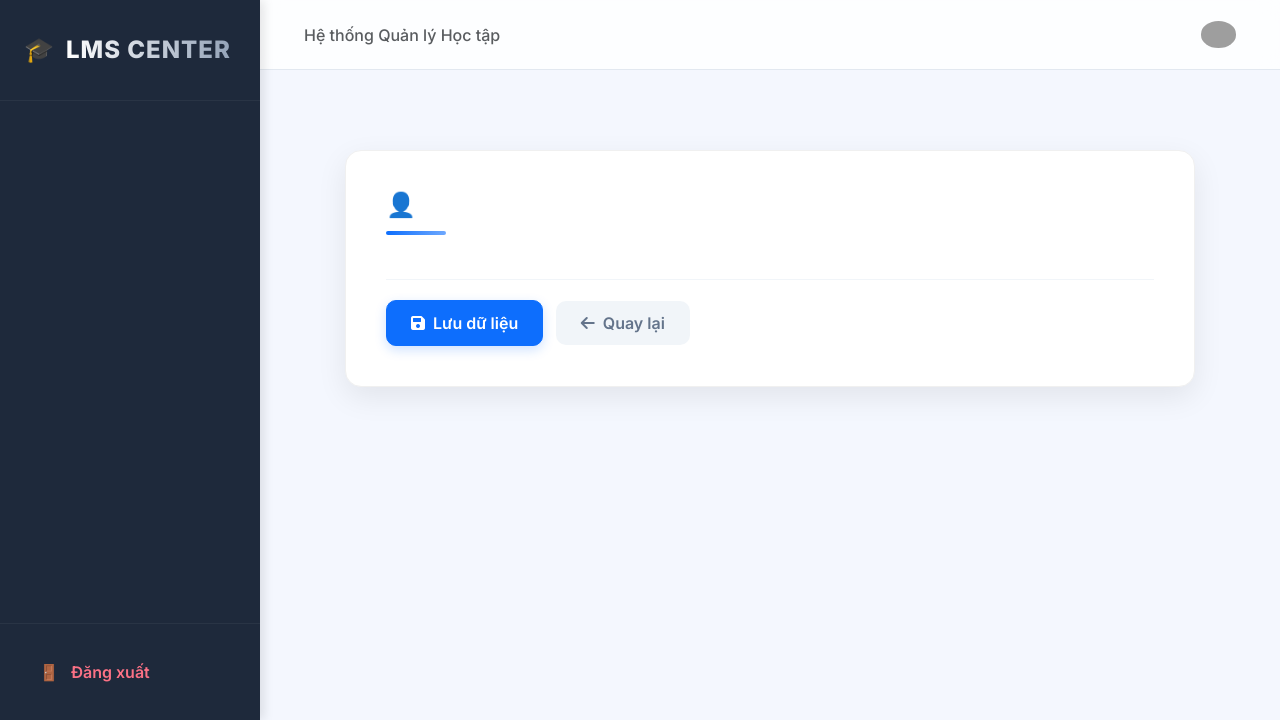
Repository: JiaHui2005/LMS_Django
Page: templates/manager/user_form.html
The author's editor kept a copy of each file at every save. The page is drawn from the files as they stood at one save, then again after the next save.
The browser window is 1280 px wide. The pictures show the whole page.
Pictures or frames that could not be fetched are drawn as grey boxes. The page is served by the project's application, run on Django 5.2 (manage.py). Other server files are loaded and not shown. The template is opened directly, without the code that normally fills it, so the values that code supplies are empty.

Above is the page before, as saved 2026-01-16 19:23:18.

### common/templatetags/dict_extras.py
from django import template

register = template.Library()

@register.filter
def get_item(dictionary, key):
    return dictionary.get(key, [])

### templates/manager/user_form.html
{% extends 'base.html' %}
{% block title %}Quản lý người dùng{% endblock %}

{% block content %}
<style>
    /* Tổng thể container */
    .form-card {
        background: #ffffff;
        padding: 2.5rem;
        border-radius: 16px;
        box-shadow: 0 10px 30px rgba(0, 0, 0, 0.08);
        max-width: 850px;
        margin: 3rem auto;
        border: 1px solid #f0f0f0;
    }

    /* Tiêu đề */
    .form-card h4 {
        color: #1a202c;
        font-weight: 800;
        letter-spacing: -0.5px;
        position: relative;
        padding-bottom: 15px;
        margin-bottom: 25px;
    }

    .form-card h4::after {
        content: "";
        position: absolute;
        left: 0;
        bottom: 0;
        height: 4px;
        width: 60px;
        background: linear-gradient(90deg, #0d6efd, #6ea8fe);
        border-radius: 2px;
    }

    /* Label và Input */
    .form-label {
        font-weight: 600;
        color: #4a5568;
        font-size: 0.95rem;
        margin-bottom: 8px;
    }

    /* Style cho các field do Django render */
    .form-control, select, textarea {
        border: 1.5px solid #e2e8f0 !important;
        border-radius: 10px !important;
        padding: 12px 15px !important;
        transition: all 0.3s ease !important;
        background-color: #f8fafc;
    }

    .form-control:focus {
        background-color: #fff;
        border-color: #0d6efd !important;
        box-shadow: 0 0 0 4px rgba(13, 110, 253, 0.15) !important;
        outline: none;
    }

    /* Nút bấm */
    .btn-custom-group {
        border-top: 1px solid #f1f5f9;
        padding-top: 20px;
        margin-top: 20px;
    }

    .btn {
        padding: 10px 25px;
        border-radius: 10px;
        font-weight: 600;
        transition: all 0.2s;
    }

    .btn-primary {
        box-shadow: 0 4px 12px rgba(13, 110, 253, 0.2);
    }

    .btn-primary:hover {
        transform: translateY(-2px);
        box-shadow: 0 6px 15px rgba(13, 110, 253, 0.3);
    }

    .btn-secondary {
        background-color: #f1f5f9;
        color: #64748b;
        border: none;
    }

    .btn-secondary:hover {
        background-color: #e2e8f0;
        color: #0f172a;
    }

    /* Thông báo lỗi */
    .error-text {
        color: #dc3545;
        font-size: 0.85rem;
        margin-top: 5px;
        display: block;
        font-style: italic;
    }
</style>

<div class="container">
    <div class="form-card">
        <h4 class="mb-4">👤 {{ title }}</h4>

        <form method="post" novalidate>
            {% csrf_token %}

            <div class="row">
                {% for field in form %}
                <div class="col-md-6 mb-4">
                    <label class="form-label" for="{{ field.id_for_label }}">
                        {{ field.label }}
                    </label>

                    {# Thêm class form-control thông qua filter hoặc script bên dưới #}
                    {{ field }}

                    {% if field.errors %}
                        {% for error in field.errors %}
                            <small class="error-text">⚠️ {{ error|striptags }}</small>
                        {% endfor %}
                    {% endif %}

                    {% if field.help_text %}
                        <small class="form-text text-muted d-block mt-1">{{ field.help_text }}</small>
                    {% endif %}
                </div>
                {% endfor %}
            </div>

            <div class="btn-custom-group">
                <button type="submit" class="btn btn-primary px-4 me-2">
                    <i class="fas fa-save me-1"></i> Lưu dữ liệu
                </button>
                <a href="{% url 'user_list' %}" class="btn btn-secondary">
                    <i class="fas fa-arrow-left me-1"></i> Quay lại
                </a>
            </div>
        </form>
    </div>
</div>

<script>
    // Đoạn script này tự động thêm class của Bootstrap vào các input từ Django
    document.querySelectorAll('input, select, textarea').forEach(function(el) {
        if (el.type !== 'checkbox' && el.type !== 'radio') {
            el.classList.add('form-control');
        } else {
            el.classList.add('form-check-input');
        }
    });
</script>
{% endblock %}

### templates/base.html
<!DOCTYPE html>
<html lang="vi">
<head>
    <meta charset="UTF-8">
    <meta name="viewport" content="width=device-width, initial-scale=1.0">
    <title>{% block title %}TLSP{% endblock %}</title>

    <link href="https://fonts.googleapis.com/css2?family=Inter:wght@300;400;500;600;700;800&display=swap" rel="stylesheet">
    <link rel="stylesheet" href="https://cdnjs.cloudflare.com/ajax/libs/font-awesome/6.0.0/css/all.min.css">
    <link href="https://cdn.jsdelivr.net/npm/bootstrap@5.3.2/dist/css/bootstrap.min.css" rel="stylesheet">

    <style>
        :root {
            --sidebar-width: 280px;
            --top-nav-height: 70px;
            --bg-body: #f4f7fe;
            --font-main: 'Inter', sans-serif;
        }

        body {
            font-family: var(--font-main);
            background-color: var(--bg-body);
            margin: 0;
            overflow-x: hidden;
        }

        /* Container tổng quát */
        .app-container {
            display: flex;
            min-height: 100vh;
        }

        /* Sidebar đã được CSS ở bước trước, đảm bảo width khớp */
        .sidebar {
            width: var(--sidebar-width);
            flex-shrink: 0;
        }

        /* Phần Main Content bên phải */
        .main-content {
            flex-grow: 1;
            margin-left: var(--sidebar-width); /* Đẩy nội dung sang phải để không bị sidebar che */
            display: flex;
            flex-direction: column;
            min-width: 0; /* Tránh lỗi vỡ layout với flexbox */
            transition: all 0.3s ease;
        }

        /* Navbar trên cùng */
        .navbar-custom {
            height: var(--top-nav-height);
            background: rgba(255, 255, 255, 0.8);
            backdrop-filter: blur(10px); /* Hiệu ứng kính mờ hiện đại */
            border-bottom: 1px solid #e2e8f0;
            display: flex;
            align-items: center;
            padding: 0 2rem;
            position: sticky;
            top: 0;
            z-index: 999;
        }

        /* Vùng nội dung trang */
        .page-content {
            padding: 2rem;
            flex-grow: 1;
        }

        /* Hiệu ứng mượt mà cho các liên kết */
        a {
            transition: all 0.2s ease;
            text-decoration: none;
        }

        /* Tùy chỉnh thanh cuộn (Scrollbar) */
        ::-webkit-scrollbar {
            width: 6px;
        }
        ::-webkit-scrollbar-track {
            background: #f1f1f1;
        }
        ::-webkit-scrollbar-thumb {
            background: #cbd5e1;
            border-radius: 10px;
        }
        ::-webkit-scrollbar-thumb:hover {
            background: #94a3b8;
        }

        /* Responsive cho thiết bị di động */
        @media (max-width: 992px) {
            .sidebar {
                transform: translateX(-100%);
                position: fixed;
            }
            .main-content {
                margin-left: 0;
            }
            .app-container.show-sidebar .sidebar {
                transform: translateX(0);
            }
        }
    </style>
</head>
<body>

<div class="app-container">
    {% include 'components/sidebar.html' %}

    <div class="main-content">
        <nav class="navbar-custom">
            <div class="container-fluid d-flex justify-content-between align-items-center">
                <span class="text-muted fw-medium">Hệ thống Quản lý Học tập</span>
                <div class="user-profile d-flex align-items-center gap-3">
                    <span class="fw-semibold text-dark">{{ user.username }}</span>
                    <img src="https://ui-avatars.com/api/?name={{ user.username }}&background=0D6EFD&color=fff"
                         alt="avatar" class="rounded-circle" width="35">
                </div>
            </div>
        </nav>

        <div class="page-content">
            {% block content %}{% endblock %}
        </div>
    </div>
</div>

<script src="https://cdn.jsdelivr.net/npm/bootstrap@5.3.2/dist/js/bootstrap.bundle.min.js"></script>
</body>
</html>

### templates/components/sidebar.html
<style>
    :root {
        --sidebar-width: 260px;
        --sidebar-bg: #1e293b; /* Màu xanh đen hiện đại */
        --sidebar-hover: #334155;
        --accent-color: #3b82f6; /* Màu xanh brand */
        --text-gray: #94a3b8;
    }

    /* Sidebar Container */
    .sidebar {
        width: var(--sidebar-width);
        height: 100vh;
        background: var(--sidebar-bg);
        position: fixed;
        left: 0;
        top: 0;
        display: flex;
        flex-direction: column;
        color: white;
        transition: all 0.3s ease;
        z-index: 1000;
        box-shadow: 4px 0 10px rgba(0,0,0,0.1);
    }

    /* Logo Area */
    .sidebar-logo {
        padding: 2rem 1.5rem;
        font-size: 1.5rem;
        font-weight: 800;
        display: flex;
        align-items: center;
        gap: 12px;
        border-bottom: 1px solid rgba(255,255,255,0.05);
    }

    .sidebar-logo span {
        letter-spacing: 1px;
        background: linear-gradient(90deg, #fff, var(--text-gray));
        -webkit-background-clip: text;
        -webkit-text-fill-color: transparent;
    }

    /* Menu List */
    .sidebar-menu {
        list-style: none;
        padding: 1.5rem 0.75rem;
        margin: 0;
        flex-grow: 1;
        overflow-y: auto;
    }

    .sidebar-menu li {
        margin-bottom: 5px;
    }

    .sidebar-menu a {
        display: flex;
        align-items: center;
        gap: 12px;
        padding: 12px 15px;
        color: var(--text-gray);
        text-decoration: none;
        border-radius: 10px;
        font-weight: 500;
        transition: all 0.2s ease;
    }

    .sidebar-menu a:hover {
        background: var(--sidebar-hover);
        color: white;
    }

    /* Active State */
    .sidebar-menu a.active {
        background: var(--accent-color);
        color: white;
        box-shadow: 0 4px 12px rgba(59, 130, 246, 0.3);
    }

    .sidebar-menu a span {
        font-size: 0.95rem;
    }

    /* Footer / Logout */
    .sidebar-footer {
        padding: 1.5rem;
        border-top: 1px solid rgba(255,255,255,0.05);
    }

    .logout {
        display: flex;
        align-items: center;
        gap: 12px;
        padding: 12px 15px;
        color: #fb7185; /* Màu đỏ nhạt cho đăng xuất */
        text-decoration: none;
        border-radius: 10px;
        font-weight: 600;
        transition: background 0.2s;
    }

    .logout:hover {
        background: rgba(251, 113, 133, 0.1);
    }

    /* Điều chỉnh phần nội dung chính (Main content) */
    .main-wrapper {
        margin-left: var(--sidebar-width);
        padding: 2rem;
        background: #f8fafc;
        min-height: 100vh;
    }
</style>

<aside class="sidebar">
    <div class="sidebar-logo">
        🎓 <span>LMS CENTER</span>
    </div>

    <ul class="sidebar-menu">
        {% if user.role == 'manager' %}
            <li>
                <a href="{% url 'manager_dashboard' %}" class="{% if 'manager' in request.path %}active{% endif %}">
                    📊 <span>Dashboard</span>
                </a>
            </li>
            <li>
                <a href="{% url 'user_list' %}" class="{% if 'user' in request.path %}active{% endif %}">
                    👥 <span>Người dùng</span>
                </a>
            </li>
        {% endif %}

        {% if user.role == 'lecturer' %}
            <li>
                <a href="{% url 'lecturer_dashboard' %}" class="{% if 'lecturer' in request.path %}active{% endif %}">
                    👨‍🏫 <span>Giảng viên</span>
                </a>
            </li>
        {% endif %}

        {% if user.role == 'student' %}
            <li>
                <a href="{% url 'student_dashboard' %}" class="{% if 'student' in request.path %}active{% endif %}">
                    🎓 <span>Sinh viên</span>
                </a>
            </li>
        {% endif %}

        {% if user.role == 'coordinator' %}
            <li>
                <a href="{% url 'coordinator_dashboard' %}" class="{% if 'coordinator' in request.path %}active{% endif %}">
                    🧭 <span>Điều phối</span>
                </a>
            </li>
        {% endif %}
    </ul>

    <div class="sidebar-footer">
        <a href="{% url 'logout' %}" class="logout">
            🚪 <span>Đăng xuất</span>
        </a>
    </div>
</aside>

### config/urls.py
from django.contrib import admin
from django.shortcuts import redirect
from django.urls import path
from apps.accounts import views as account_views
from apps.classes.views import lecturer_classes
from apps.academics.views import take_attendance, enter_grade

def root_redirect(request):
    return redirect('/login/')

urlpatterns = [
    path('', root_redirect),
    path('admin/', admin.site.urls),

    # Auth
    path('login/', account_views.login_view, name='login'),
    path('logout/', account_views.logout_view, name='logout'),

    # Lecturer
    path('classes/lecturer/', lecturer_classes, name='lecturer_classes'),
    path('attendance/<int:class_id>/', take_attendance, name='attendance'),
    path('grade/<int:class_id>/', enter_grade, name='grade'),

    # Dashboard
    path('dashboard/manager/', account_views.manager_dashboard, name='manager_dashboard'),
    path('dashboard/student/', account_views.student_dashboard, name='student_dashboard'),
    path('dashboard/lecturer/', account_views.lecturer_dashboard, name='lecturer_dashboard'),
    path('dashboard/cs/', account_views.cs_dashboard, name='cs_dashboard'),
    path('dashboard/coordinator/', account_views.coordinator_dashboard, name='coordinator_dashboard'),

    # CRUD User
    path('manager/users/', account_views.user_list, name='user_list'),
    path('manager/users/create/', account_views.user_create, name='user_create'),
    path('manager/users/<int:user_id>/edit/', account_views.user_edit, name='user_edit'),
    path('manager/users/<int:user_id>/delete/', account_views.user_delete, name='user_delete'),
]

After the next save:
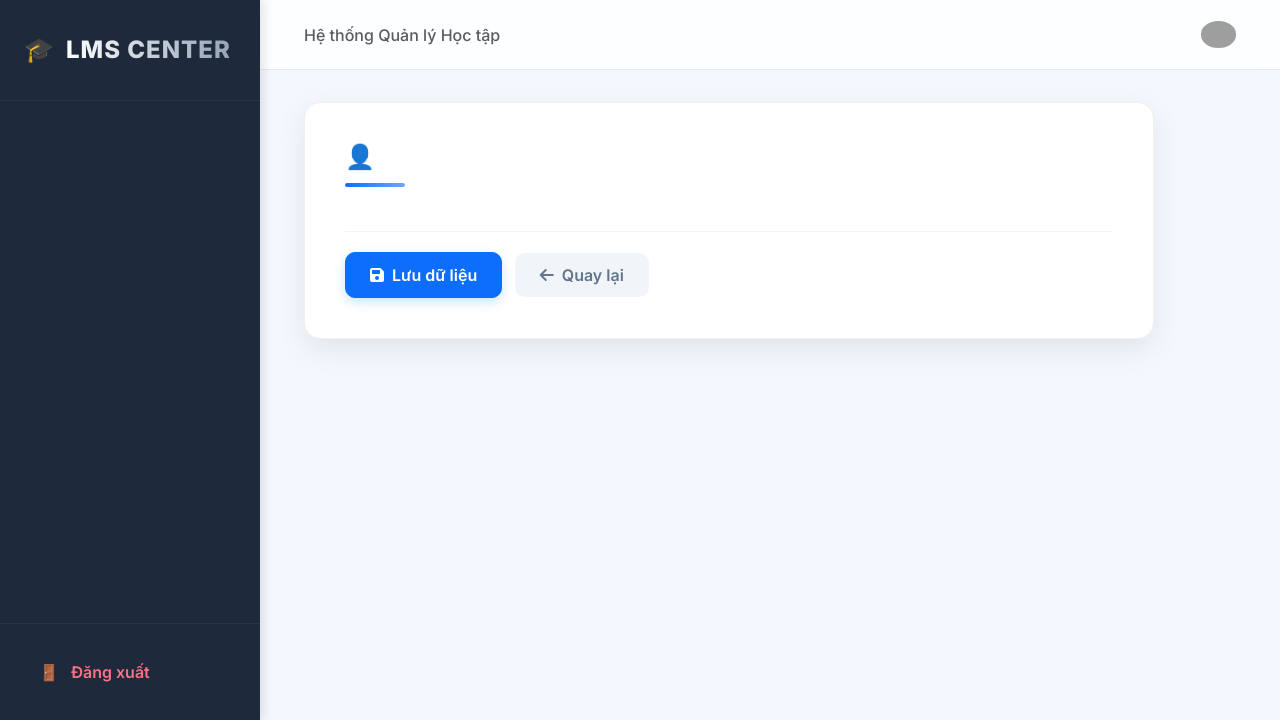
Saved 2 min 32 s later.
--- a/templates/manager/user_form.html
+++ b/templates/manager/user_form.html
@@ -10,7 +10,7 @@
         border-radius: 16px;
         box-shadow: 0 10px 30px rgba(0, 0, 0, 0.08);
         max-width: 850px;
-        margin: 3rem auto;
+        {% comment %} margin: 3rem auto; {% endcomment %}
         border: 1px solid #f0f0f0;
     }
 
